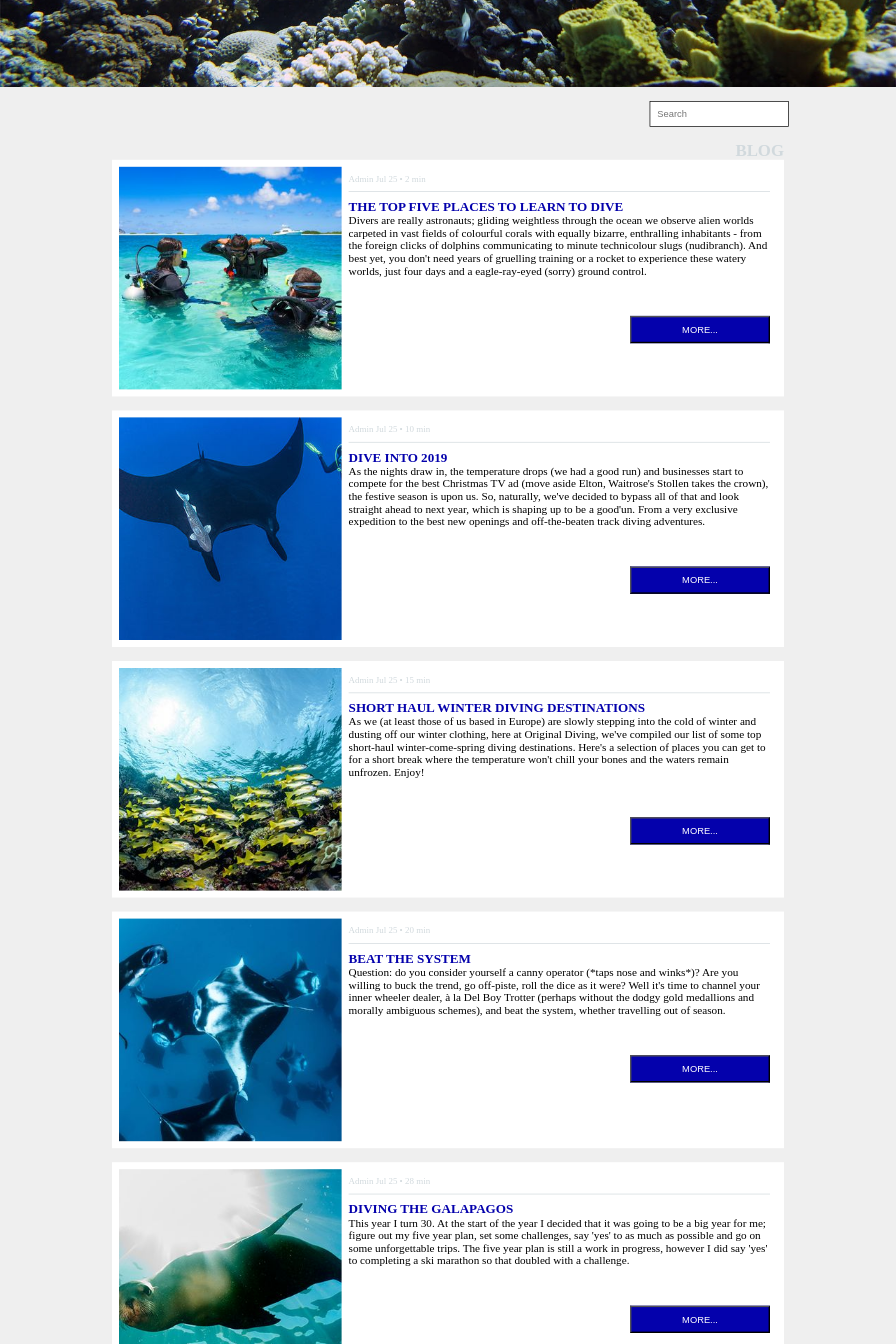
Repository: M1shkaBear/FLX
Page: FLX_homework_3/homework/index.html
The author's editor kept a copy of each file at every save. The page is drawn from the files as they stood at one save, then again after the next save.
The browser window is 1280 px wide. The pictures show the part of the page from y = 596 to 2516 px (the page is 3443 px tall), at 70% of full size.
The style sheet was rebuilt from its Sass, Less or Tailwind sources for each picture, by a compiler version that may differ from the author's.

Above is the page before, as saved 2019-01-26 18:00:07.

### FLX_homework_3/homework/index.html
<!DOCTYPE html>
<html lang="en">
  <head>
    <meta charset="UTF-8" />
    <meta name="viewport" content="width=device-width, initial-scale=1.0" />
    <meta http-equiv="X-UA-Compatible" content="ie=edge" />

    <!-- Styles should be switched here: -->

    <!-- <link rel="stylesheet" type="text/css" href="css/style1.css" /> -->
    <link rel="stylesheet" type="text/css" href="css/style2.css" />

    <title>Explore the world of ocean</title>
  </head>

  <body>
    <div class="main-wrapper">
      <header>
        <div class="top-wrapper">
          <div class="logo"><img src="img/logo.png" alt="" /></div>

          <nav>
            <a role="button" href="#list" target="_self">Blog</a>
            <a role="button" href="#about" target="_self">About</a>
            <a role="button" href="#contact" target="_self">Contact</a>
          </nav>
        </div>
        <section>
          <h1>Explore the fantastic beauty of our world</h1>
          <a class="btn btn-top" href="#list" target="_self">Dive now</a>
        </section>
      </header>
      <main>
        <div class="toolbar"><input type="text" placeholder="Search" /></div>
        <section class="post-list" id="list">
          <h1>Blog</h1>
          <article>
            <img src="img/post-1.jpg" alt="" />
            <div>
              <div class="post">
                <div class="post-description">Admin Jul 25 &#8226; 2 min</div>
                <h3>The Top Five Places To Learn To Dive</h3>
                <p>
                  Divers are really astronauts; gliding weightless through the
                  ocean we observe alien worlds carpeted in vast fields of
                  colourful corals with equally bizarre, enthralling inhabitants
                  - from the foreign clicks of dolphins communicating to minute
                  technicolour slugs (nudibranch). And best yet, you don't need
                  years of gruelling training or a rocket to experience these
                  watery worlds, just four days and a eagle-ray-eyed (sorry)
                  ground control.
                </p>
              </div>
              <button class="btn">More...</button>
            </div>
          </article>
          <article>
            <img src="img/post-2.jpg" alt="" />
            <div>
              <div class="post">
                <div class="post-description">Admin Jul 25 &#8226; 10 min</div>
                <h3>Dive Into 2019</h3>
                <p>
                  As the nights draw in, the temperature drops (we had a good
                  run) and businesses start to compete for the best Christmas TV
                  ad (move aside Elton, Waitrose's Stollen takes the crown), the
                  festive season is upon us. So, naturally, we've decided to
                  bypass all of that and look straight ahead to next year, which
                  is shaping up to be a good'un. From a very exclusive
                  expedition to the best new openings and off-the-beaten track
                  diving adventures.
                </p>
              </div>
              <button class="btn">More...</button>
            </div>
          </article>
          <article>
            <img src="img/post-3.jpg" alt="" />
            <div>
              <div class="post">
                <div class="post-description">Admin Jul 25 &#8226; 15 min</div>
                <h3>Short Haul Winter Diving Destinations</h3>
                <p>
                  As we (at least those of us based in Europe) are slowly
                  stepping into the cold of winter and dusting off our winter
                  clothing, here at Original Diving, we've compiled our list of
                  some top short-haul winter-come-spring diving destinations.
                  Here's a selection of places you can get to for a short break
                  where the temperature won't chill your bones and the waters
                  remain unfrozen. Enjoy!
                </p>
              </div>
              <button class="btn">More...</button>
            </div>
          </article>
          <article>
            <img src="img/post-4.jpg" alt="" />
            <div>
              <div class="post">
                <div class="post-description">Admin Jul 25 &#8226; 20 min</div>
                <h3>Beat the System</h3>
                <p>
                  Question: do you consider yourself a canny operator (*taps
                  nose and winks*)? Are you willing to buck the trend, go
                  off-piste, roll the dice as it were? Well it's time to channel
                  your inner wheeler dealer, à la Del Boy Trotter (perhaps
                  without the dodgy gold medallions and morally ambiguous
                  schemes), and beat the system, whether travelling out of
                  season.
                </p>
              </div>
              <button class="btn">More...</button>
            </div>
          </article>
          <article>
            <img src="img/post-5.jpg" alt="" />
            <div>
              <div class="post">
                <div class="post-description">Admin Jul 25 &#8226; 28 min</div>
                <h3>Diving The Galapagos</h3>
                <p>
                  This year I turn 30. At the start of the year I decided that
                  it was going to be a big year for me; figure out my five year
                  plan, set some challenges, say 'yes' to as much as possible
                  and go on some unforgettable trips. The five year plan is
                  still a work in progress, however I did say 'yes' to
                  completing a ski marathon so that doubled with a challenge.
                </p>
              </div>
              <button class="btn">More...</button>
            </div>
          </article>
          <article>
            <img src="img/post-6.jpg" alt="" />
            <div>
              <div class="post">
                <div class="post-description">Admin Jul 25 42 min</div>
                <h3>The 8 Best Dive Sites in the World</h3>
                <p>
                  Bucket lists are for landlubbers. If you're a diver, and the
                  ocean is your oyster, then you NEED to dive these spots,
                  arguably the greatest dive sites on our blue planet.
                </p>
              </div>
              <button class="btn">More...</button>
            </div>
          </article>
        </section>

        <section class="about" id="about">
          <div>
            <h1>About Us</h1>
            <p>
              Our approach differs from other travel companies; we are a group
              of dedicated divers, marine biologists and travellers who take a
              creative approach to tailoring luxury diving holidays.
            </p>
            <p>
              We focus on understanding what you want from your holiday, from
              trips centred entirely around diving to holidays with the odd dive
              included here and there. No matter your level of dive experience
              and knowledge, we will tailor the perfect holiday to your
              requirements using a thoughtful approach, focused on the small
              details that make a big difference.
            </p>
            <p>
              Our aim is to make sure every detail of your holiday is planned to
              perfection by working with you to hone and finesse your itinerary
              to your exact requirements, from ensuring logistics like transfers
              and guides run like clockwork to giving you access to experiences
              the average traveller wouldn't find. So you can sit back, relax
              and enjoy your Original Diving holiday.
            </p>
          </div>
          <div><img src="img/about-section.jpg" alt="" /></div>
        </section>

        <section class="contact-form" id="contact">
          <h1>CONTACT US</h1>
          <h4>For any questions you may have, you can write us:</h4>

          <!-- TODO: write form fields -->
        </section>
      </main>
      <footer><span>&#169; 2019 Exploring the world</span></footer>
    </div>
  </body>
</html>

### FLX_homework_3/homework/scss/_variables2.scss
$contentBackground: #efefef;
$bgArticle: #ffffff;
$fonts: normal 18px/26px "Palatino Linotype", "Book Antiqua", Palatino, serif;
$bgImg: url("../img/header_background_v2.jpg");
$aColor: #f55722;
$abdcolor: #cfd8dc;
$btnColor: #0401ac;
$lineColor: #d1d9dd;

### FLX_homework_3/homework/scss/_main.scss
* {
  padding: 0;
  margin: 0;
}

body {
  background: $contentBackground;
}

main {
  margin: 0 auto;
  width: 960px;
  article {
    background-color: $bgArticle;
  }
}

header {
  background-image: $bgImg;
  background-position: center;
  background-size: cover;
  height: 100vh;
  text-transform: uppercase;
  .top-wrapper {
    display: flex;
    flex-direction: row;
    align-items: flex-start;
    justify-content: space-between;
  }
  .btn.btn-top {
    background-color: $btnColor;
    color: white;
    border: none;
    padding: 15px 80px;
    text-align: center;
    text-decoration: none;
    display: inline-block;
    font-size: 16px;
  }
  section {
    color: $aColor;
    display: flex;
    flex-direction: column;
    align-items: center;
    margin-top: 150px;
  }

  .logo {
    float: left;
    width: 20%;
    img {
      width: 100%;
      height: auto;
    }
  }
  nav {
    a {
      color: $aColor;
      font: $fonts;
      text-transform: uppercase;
      text-decoration: none;
      padding: 20px 177px 20px 177px;
      display: inline-block;
    }

    a:not(:last-of-type) {
      border-width: 0 2px 0 0;
      border-style: solid;
      border-color: $abdcolor;
    }
  }
}
#about img {
  width: 100%;
}
.toolbar {
  margin: 20px 0 0 80%;
  input {
    padding: 10px;
    border: 1px solid;
  }
}

main {
  margin: 0 auto;
  display: flex;
  flex-direction: column;
}

.post-list {
  text-align: left;
  h1 {
    color: $lineColor;
    padding-top: 20px;
    text-align: right;
    text-transform: uppercase;
  }
  article {
    padding: 10px;
    margin-bottom: 20px;
    display: flex;
    flex-direction: row;
    justify-content: space-between;
    align-items: flex-start;
    h3 {
      text-transform: uppercase;
      color: $btnColor;
    }
    .btn {
      background-color: $btnColor;
      color: white;
      padding: 10px 0px;
      width: 200px;
      text-transform: uppercase;
      margin-top: 55px;
      cursor: pointer;
    }
  }
  article > div {
    padding: 10px;
    display: flex;
    flex-direction: column;
    justify-content: space-between;
    align-items: flex-end;
  }
}
.post-description {
  font-size: 0.8em;
  border-bottom: 1px solid;
  margin-bottom: 10px;
  padding-bottom: 10px;
  color: $lineColor;
}

Loaded but not shown: FLX_homework_3/homework/scss/style2.scss (common file)

After the next save:
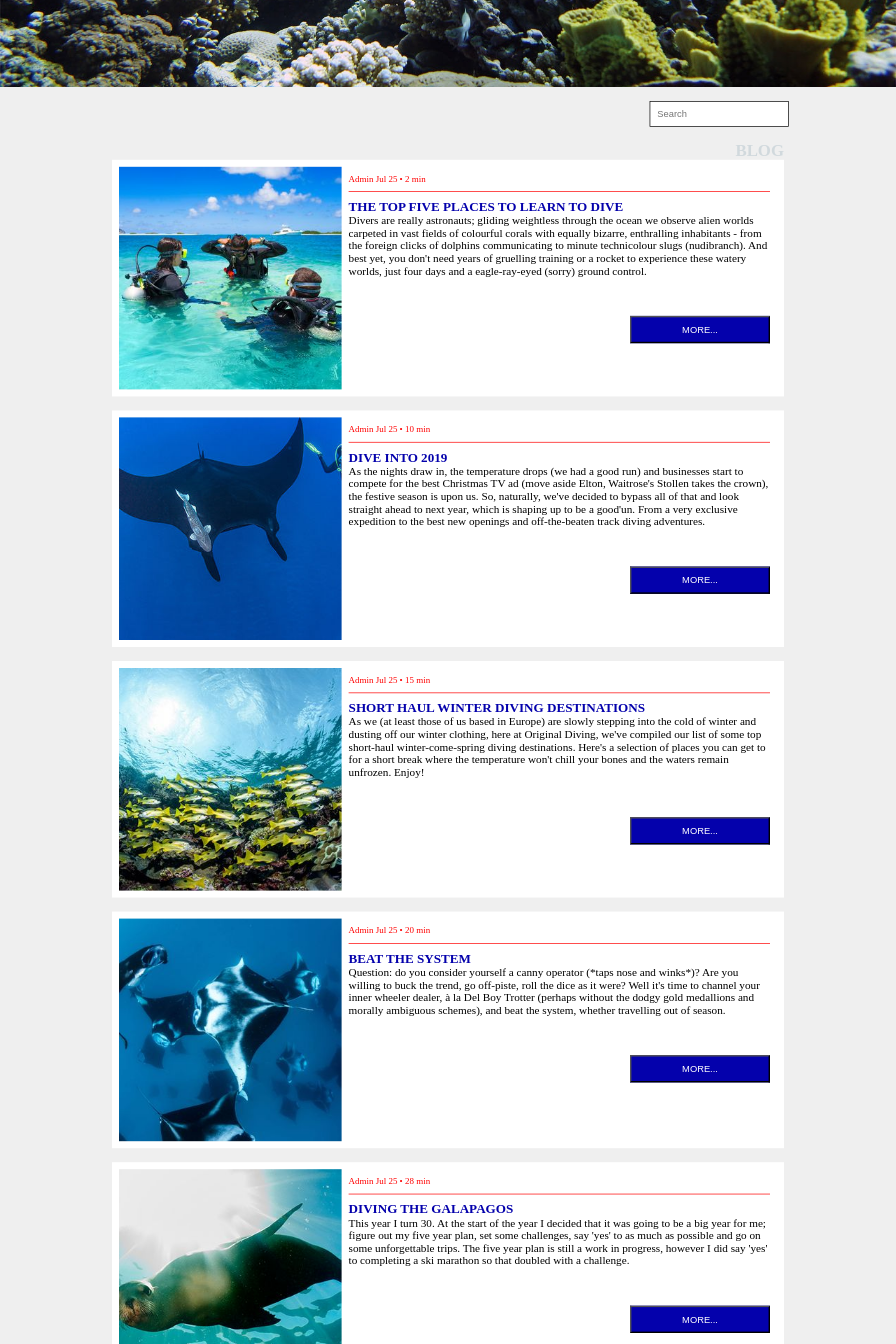
Saved 96 s later.
--- a/FLX_homework_3/homework/scss/_main.scss
+++ b/FLX_homework_3/homework/scss/_main.scss
@@ -129,5 +129,5 @@ main {
   border-bottom: 1px solid;
   margin-bottom: 10px;
   padding-bottom: 10px;
-  color: $lineColor;
+  color: red;
 }
